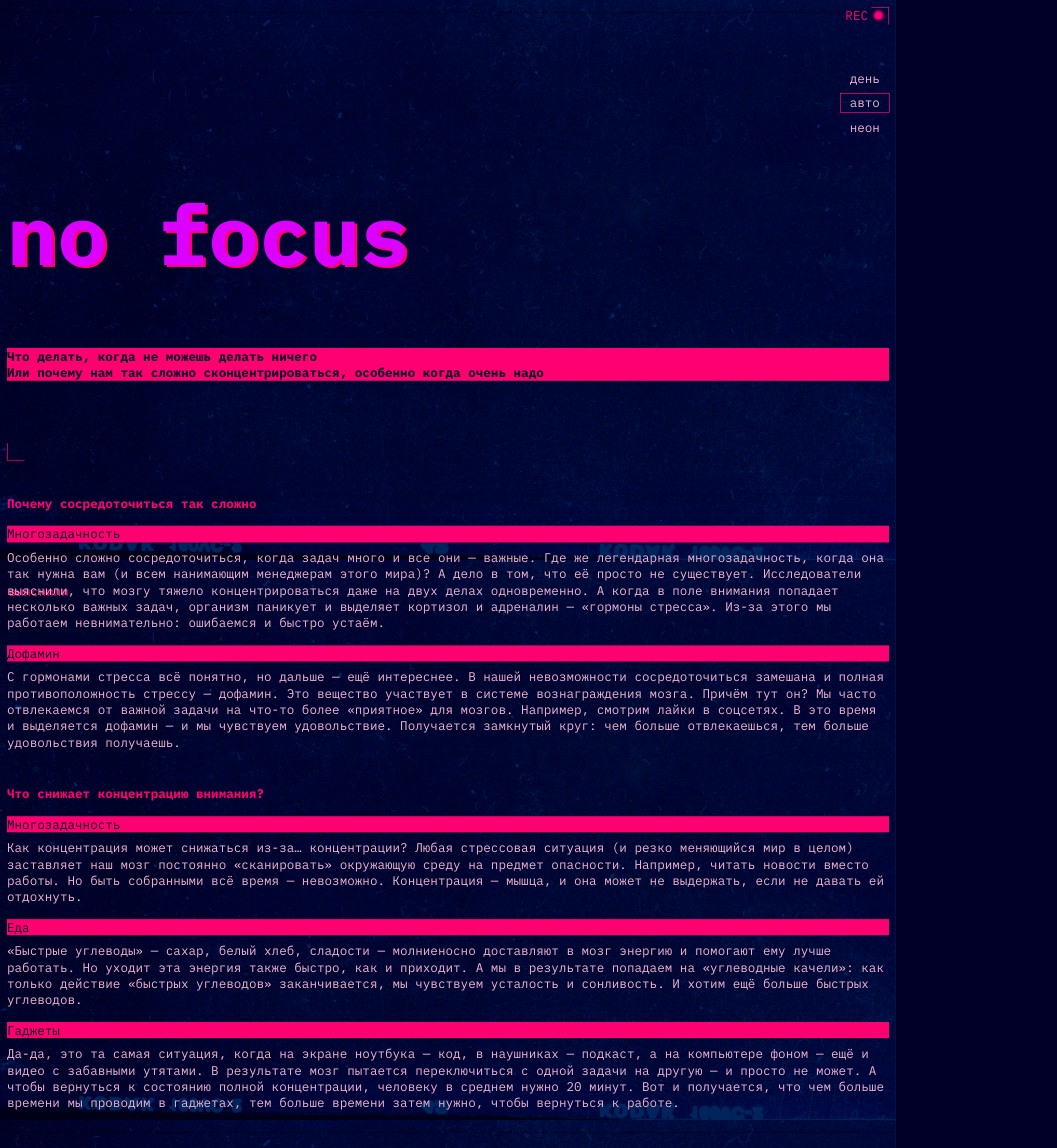
Repository: NikWolf75/slozhno-sosredotochitsya-fd
Page: index.html
The author's editor kept a copy of each file at every save. The page is drawn from the files as they stood at one save, then again after a run of saves.
The browser window is 1280 px wide. The page is 1280 px wide, then 1510 px, then 1280 px, so the pictures cover 1510 px, including what lies to the right of the window. The pictures show the part of the page from y = 0 to 1640 px (the page is 7966 px tall before and 6052 px after), at 70% of full size.
Backgrounds fixed to the window are drawn as part of the page.

Above is the page before, as saved 2025-02-27 11:28:56.

### index.html
<!DOCTYPE html>
<html lang="ru">
  <head>
    <meta charset="UTF-8" />
    <meta http-equiv="X-UA-Compatible" content="IE=edge" />
    <meta name="viewport" content="width=device-width, initial-scale=1.0" />
    <meta name="color-scheme" content="dark light" />
    <link rel="stylesheet" href="/fonts/fonts.css" />
    <link rel="stylesheet" href="/styles/globals.css" />
    <link rel="stylesheet" href="/styles/variables.css" />
    <link rel="stylesheet" href="/styles/style.css" />
    <link rel="stylesheet" href="/styles/dark.css" />
    <link rel="stylesheet" href="/styles/light.css" />
    <link rel="icon" href="image/favicon.ico" />
    <title>Сложно сосредоточиться</title>
    <script src="./scripts/script.js"></script>
  </head>
  <body class="page">
    <div class="rec_element" aria-hidden="true"></div>
    <header class="header decorated-zone">
      <nav class="header__theme-menu">
        <ul class="header__theme-menu-list">
          <li class="header__theme-menu-item">
            <button
              class="header__theme-menu-button header__theme-menu-button_type_light"
            >
              День
            </button>
          </li>
          <li class="header__theme-menu-item">
            <button
              class="header__theme-menu-button header__theme-menu-button_active header__theme-menu-button_type_auto"
              disabled
            >
              Авто
            </button>
          </li>
          <li class="header__theme-menu-item">
            <button
              class="header__theme-menu-button header__theme-menu-button_type_dark"
            >
              Неон
            </button>
          </li>
        </ul>
      </nav>
      <h1 class="header__title">no focus</h1>
      <div class="header__undertitle title-decor">
        <p>Что делать, когда не можешь делать ничего</p>
        <p>
          Или почему нам так сложно сконцентрироваться, особенно когда очень
          надо
        </p>
      </div>
    </header>
    <main class="content">
      <section class="content__section content__why">
        <h2 class="content__section-title"> Почему сосредоточиться так сложно
        </h2>
        <article class="content__section-text_block">
          <h3 class="content__section-text_block-undertitle title-decor">
            Многозадачность
          </h3>
          <p class="content__section-text_block-text">
            Особенно сложно сосредоточиться, когда задач много и все они —
            важные. Где же легендарная многозадачность, когда она так нужна вам
            (и всем нанимающим менеджерам этого мира)? А дело в том, что её
            просто не существует. Исследователи
            <a class="link-text" href="#0">выяснили</a>,
            что мозгу тяжело концентрироваться даже на двух делах одновременно.
            А когда в поле внимания попадает несколько важных задач, организм
            паникует и выделяет кортизол и адреналин — «гормоны стресса».
            Из-за этого мы работаем невнимательно: ошибаемся и быстро устаём.
          </p>
        </article>
        <article class="content__section-text_block">
          <h3 class="content__section-text_block-undertitle title-decor">
            Дофамин
          </h3>
          <p class="content__section-text_block-text">
            С гормонами стресса всё понятно, но дальше — ещё интереснее. В нашей
            невозможности сосредоточиться замешана и полная противоположность
            стрессу — дофамин. Это вещество участвует в системе вознаграждения
            мозга. Причём тут он? Мы часто отвлекаемся от важной задачи на
            что-то более «приятное» для мозгов. Например, смотрим лайки в
            соцсетях. В это время и выделяется дофамин — и мы чувствуем
            удовольствие. Получается замкнутый круг: чем больше отвлекаешься,
            тем больше удовольствия получаешь.
          </p>
        </article>
      </section>
      <section class="content__section content__what">
        <h2 class="content__section-title">
          Что снижает концентрацию внимания?
        </h2>
        <article class="content__section-text_block">
          <h3 class="content__section-text_block-undertitle title-decor">
            Многозадачность
          </h3>
          <p class="content__section-item-text">
            Как концентрация может снижаться из-за… концентрации? Любая
            стрессовая ситуация (и резко меняющийся мир в целом) заставляет наш
            мозг постоянно «сканировать» окружающую среду на предмет опасности.
            Например, читать новости вместо работы. Но быть собранными всё время
            — невозможно. Концентрация — мышца, и она может не выдержать, если
            не давать ей отдохнуть.
          </p>
        </article>
        <article class="content__section-text_block">
          <h3 class="content__section-text_block-undertitle title-decor">
            Еда
          </h3>
          <p class="content__section-text_block-text">
            «Быстрые углеводы» — сахар, белый хлеб, сладости — молниеносно
            доставляют в мозг энергию и помогают ему лучше работать. Но уходит
            эта энергия также быстро, как и приходит. А мы в результате попадаем
            на «углеводные качели»: как только действие «быстрых углеводов»
            заканчивается, мы чувствуем усталость и сонливость. И хотим ещё
            больше быстрых углеводов.
          </p>
        </article>
        <article class="content__section-text_block">
          <h3 class="content__section-text_block-undertitle title-decor">
            Гаджеты
          </h3>
          <p class="content__section-text_block-text">
            Да-да, это та самая ситуация, когда на экране ноутбука — код, в
            наушниках — подкаст, а на компьютере фоном — ещё и видео с забавными
            утятами. В результате мозг пытается переключиться с одной задачи на
            другую — и просто не может. А чтобы вернуться к состоянию полной
            концентрации, человеку в среднем нужно 20 минут. Вот и получается,
            что чем больше времени мы проводим в гаджетах, тем больше времени
            затем нужно, чтобы вернуться к работе.
          </p>
        </article>
      </section>
      <section class="content__section content_how">
        <h2 class="content__section-title">
          Как концентрироваться лучше, чем золотая рыбка (то есть дольше трёх
          секунд)
        </h2>
        <article class="content__section-text_block">
          <h3
            class="content__section-text_block-undertitle tips-undertitle title-decor"
          >
            5 простых (на самом деле не очень) советов
          </h3>
          <h4 class="content__section-text_block-undertitle title-decor">
            Представьте небо и облака
          </h4>
          <p class="content__section-text_block-text">
            Или листья в ручье. Тут дело в лёгкой медитации, которая помогает
            успокоиться. Ведь часто именно тревожные мысли о сложных задачах как
            раз и мешают эти сложные задачи делать. В такие моменты можно
            закрыть глаза и представить, что чистое небо — это вы, а облака —
            тревожные мысли. И сколько бы их ни было — ясное небо всегда будет
            где-то там, за тучами, и никуда не денется. Это упражнение поможет
            вернуться в настоящий момент, а не волноваться о потенциальных
            проблемах из будущего.
          </p>
        </article>
        <article class="content__section-text_block">
          <h4 class="content__section-text_block-undertitle title-decor">
            Включите музыку
          </h4>
          <p class="content__section-text_block-text">
            Но не любую, и не любимую. Любимая может быть связана с сильными
            положительными эмоциями, которые тоже очень сильно отвлекают.
            Подойдёт тихая, спокойная, умеренно-ритмичная. Можно вообще
            попробовать включить плейлист с «белым шумом» или нейромузыкой.
          </p>
        </article>
        <article class="content__section-text_block">
          <h4 class="content__section-text_block-undertitle title-decor">
            Прогуляйтесь
          </h4>
          <p class="content__section-text_block-text">
            Или даже пробегитесь. Лучше найти парк или лес: один эксперимент
            <a class="link-text" href="#0">показал</a>, что созерцание природы повышает концентрацию, в то время
            как после просмотра городских пейзажей она наоборот понижается.
            Можно совместить прогулку с физическими упражнениями или бегом — так
            в мозг поступит ещё больше кислорода и он будет лучше работать. Но и
            простая двадцатиминутная прогулка — тоже отличный вариант.
          </p>
        </article>
        <article class="content__section-text_block">
          <h4 class="content__section-text_block-undertitle title-decor">
            Хорошо ешьте
          </h4>
          <p class="content__section-text_block-text">
            Мы — не ваша бабушка, но это правда важно. Выбирайте продукты,
            которые препятствуют резким скачкам сахара в крови. Например, с
            высоким содержанием клетчатки: овощи, ягоды, бобовые (нут, чечевица,
            фасоль), коричневый рис, хлеб из цельнозерновой пшеницы.
          </p>
        </article>
        <article class="content__section-text_block">
          <h4 class="content__section-text_block-undertitle title-decor">
            Читайте
          </h4>
          <p class="content__section-text_block-text">
            Настоящие бумажные книги. Это правда помогает с концентрацией: чтобы
            прочитать пост в соцсети, достаточно нескольких минут или даже
            секунд. А вот интересная книга способна затянуть и на несколько
            часов и круто тренирует направленное внимание.
          </p>
        </article>
      </section>
      <section class="content__section content__gallery">
        <h2 class="content__section-text_block-undertitle title-decor">
          А можно в картинках?
        </h2>
        <div class="content_section-images_gallery">
          <img
            class="content__section-image"
            src="./images/sunset.png"
            alt="Вид острова на закате"
            loading="lazy"
          />
          <img
            class="content__section-image"
            src="./images/ice-cream.png"
            alt="Чаша с мороженным"
            loading="lazy"
          />
          <img
            class="content__section-image"
            src="./images/tape.png"
            alt="Кассета"
            loading="lazy"
          />
          <img
            class="content__section-image"
            src="./images/books.png"
            alt="Стопка книг"
            loading="lazy"
          />
          <img
            class="content__section-image"
            src="./images/street.png"
            alt="Улица"
            loading="lazy"
          />
        </div>
      </section>
    </main>
    <footer class="footer decorated-zone">
      <h2 class="footer__title">focus</h2>
    </footer>
  </body>
</html>

### styles/variables.css
:root {
  --title-color: #ff0070;
  --main-font: 'IBM Plex mono';
  --main-font-size: 18px;
  --title-font-weight: 700;
  --text-font-weight: 400;
  --main-padding-small: 10px;
}

### styles/style.css
.page {
  font-family: var(--main-font, 'IBM Plex mono');
  font-size: var(--main-font-size, 18px);
  block-size: min-content;
  position: relative;
  font-weight: 400;
  background-color: var(--main-background-color, #000028 );
  background-image: var(--main-background-image, url("../images/cover-image-dark.png"));
  background-repeat: no-repeat;
  background-attachment: fixed;
  background-position: center;
  background-size: cover;
  line-height: 1.3em;
  color: var(--main-font-color, #F1B2CE);
 }

.decorated-zone {
  position: relative;
}

.decorated-zone::after,
.decorated-zone::before {
  position: absolute;
  inline-size: 25px;
  block-size: 25px;
  content: "";
  border: 1px solid var(--corner-color);
}

.decorated-zone::after {
  bottom: 10px;
  left: 10px;
  border-bottom: 1px solid var(--rectangle-color, #ff0070);
  border-left: 1px solid var(--rectangle-color, #ff0070);
}

.decorated-zone::before {
  top: 10px;
  right: 10px;
  border-top: 1px solid var(--rectangle-color, #ff0070);
  border-right: 1px solid var(--rectangle-color, #ff0070);
}

.rec_element {
  position: absolute;
  display: flex;
  align-items: center;
  justify-content: center;
  top: 10px;
  right: 20px;
  color: var(--rec-theme-color, #ff0070);
  gap: 10px;
}

.rec_element:before {
  content: "REC";
}

.rec_element:after {
  display: block;
  content: "";
  border-radius: 50%;
  background: var(--accent-color, #ff0070);
  width: 10px;
  height: 10px;
  box-shadow: 0 0 4px 2px var(--accent-color, #ff0070)
}

.header {
  display: grid;
  grid-template-columns: 1fr;
  grid-template-rows: 1fr min-content 1fr;
  align-items: center;
  position: relative;
  block-size: min(668px, 100vh);
  padding: var(--main-padding-small, 10px);
  margin-block-end: 40px;
 }

.header__theme-menu-list {
  display: flex;
  flex-direction: column;
  align-items: end;
  block-size: 100%;
  row-gap: 10px;
}

.header__theme-menu-button {
  text-align: center;
  background: transparent;
  color: var(--button-text-color);
  border: none;
  text-transform: lowercase;
  padding-right: 13px;
  padding-left: 13px;
}

.header__theme-menu-bitton:hover {
  outline: 1px solid var(--button-outline-color)
}

.header__theme-menu-button_active {
  outline: 1px solid var(--button-theme-color, #ff0070);
}

.header__theme-menu-button:focus {
  outline: none;
  text-decoration: underline;
}

.header__title {
  font-size: clamp(7.25rem, 7.0115rem + 1.0178vw, 7.5rem);
  line-height: 83%;
  color: var(--accent-color-title, #db00ff);
  text-shadow: 4px 4px 0 var(--accent-color, #ff0070);
  cursor: default;
}

.header__undertitle {
  font-size: var(--main-font), monospace;
  font-weight: var(--title-font-weight, 700);
  border-bottom: none;
  border-left: none;
}

.title-decor {
  color: var(--undertitle-color, #000028);
  background-color: var(--title-color, #ff0070);
}

.content {
  display: grid;
  padding: 0 var(--main-padding-small, 10px);
  grid-template-columns: 1fr;
  gap: 50px;
}

.content__section {
  display: grid;
  grid-template-columns: 1fr;
  row-gap: 20px;
}

.content__section-title {
  justify-self: start;
  color: var(--title-color, #ff0070);
}

.content__section-text_block-undertitle,
.content__section-title {
  font-size: var(--main-font-size, 18px);
  font-weight: var(--title-font-weight, 700);
}

.content__section-text_block-undertitle {
  margin-block-end: 10px;
  height: min-content;
}

.content__section-text_block-text {
  font-weight: var(--text-font-weight, 400);
}

.link-text {
  text-decoration: none;
  text-shadow: 2px 1px var(--accent-color, #ff0070);
}

.link-text:hover {
  cursor: pointer;
  border-block-end: 1px solid currentColor;
}

.link-text:focus-visible {
  border: 1px solid currentColor;
}

.content_how,
.tips-undertitle {
  font-weight: var(--title-font-weight, 400);
  margin-block-end: 20px;
}

.content__how,
.content__section-text_block-undertitle {
  font-weight: 400;
}

.content__section-images_gallery {
  display: grid;
  grid-template-columns: repeat(auto-fill, minmax(355px, 1fr));
  gap: 20px;
  inline-size: 100%;
}

.content__section

.content__section-image {
  object-fit: cover;
  inline-size: 100%;
}

.footer {
  position: relative;
  display: grid;
  block-size: 100vh;
  min-block-size: 668px;
  grid-template-columns: 1fr;


}

.footer__title {
  font-size: var(--title-font-size-small, clamp(7.25rem, 7.0115rem + 1.0178vw, 7.5rem));
  font-weight: var(--title-font-weight, 700);
  line-height: 95.7%;
  align-self: center;
  cursor: default;
  color: var(--accent-color-title, #db00ff);
  text-shadow: 2px 2px 0 var(--accent-color, #ff0070);
  justify-self: center;

}

### scripts/script.js
(function initTheme() {
  const theme = localStorage.getItem('theme');
  if (theme) {
    setTheme(theme);
  }
})();

document.addEventListener('DOMContentLoaded', () => {
  const currentTheme = [...document.documentElement.classList]
    .find((cn) => cn.startsWith('theme-'))
    ?.replace('theme-', '');
  const themeButtons = [
    ...document.querySelectorAll('.header__theme-menu-button'),
  ];
  setActiveButton(themeButtons, currentTheme);

  themeButtons.forEach((button) => {
    button.addEventListener('click', () => {
      const chosenTheme = [...button.classList]
        .find((cn) => cn.includes('_type_'))
        .split('_type_')[1];
      setTheme(chosenTheme);
      setActiveButton(themeButtons, chosenTheme);
    });
  });
});

function setTheme(theme) {
  document.documentElement.className = '';
  document.documentElement.classList.add(`theme-${theme}`);
  localStorage.setItem('theme', theme);
}

function setActiveButton(buttonsArray, theme) {
  buttonsArray.forEach((button) => {
    button.classList.remove('header__theme-menu-button_active');
    button.removeAttribute('disabled');
  });
  const target = buttonsArray.find((button) =>
    button.classList.contains(`header__theme-menu-button_type_${theme}`)
  );
  if (target) {
    target.classList.add('header__theme-menu-button_active');
    target.setAttribute('disabled', true);
  } else {
    const autoButton = document.querySelector(
      '.header__theme-menu-button_type_auto'
    );
    autoButton.classList.add('header__theme-menu-button_active');
    autoButton.setAttribute('disabled', true);
  }
}

Loaded but not shown: fonts/fonts.css (common file); styles/globals.css (common file); styles/dark.css (common file); styles/light.css (common file)

After the next 2 saves:
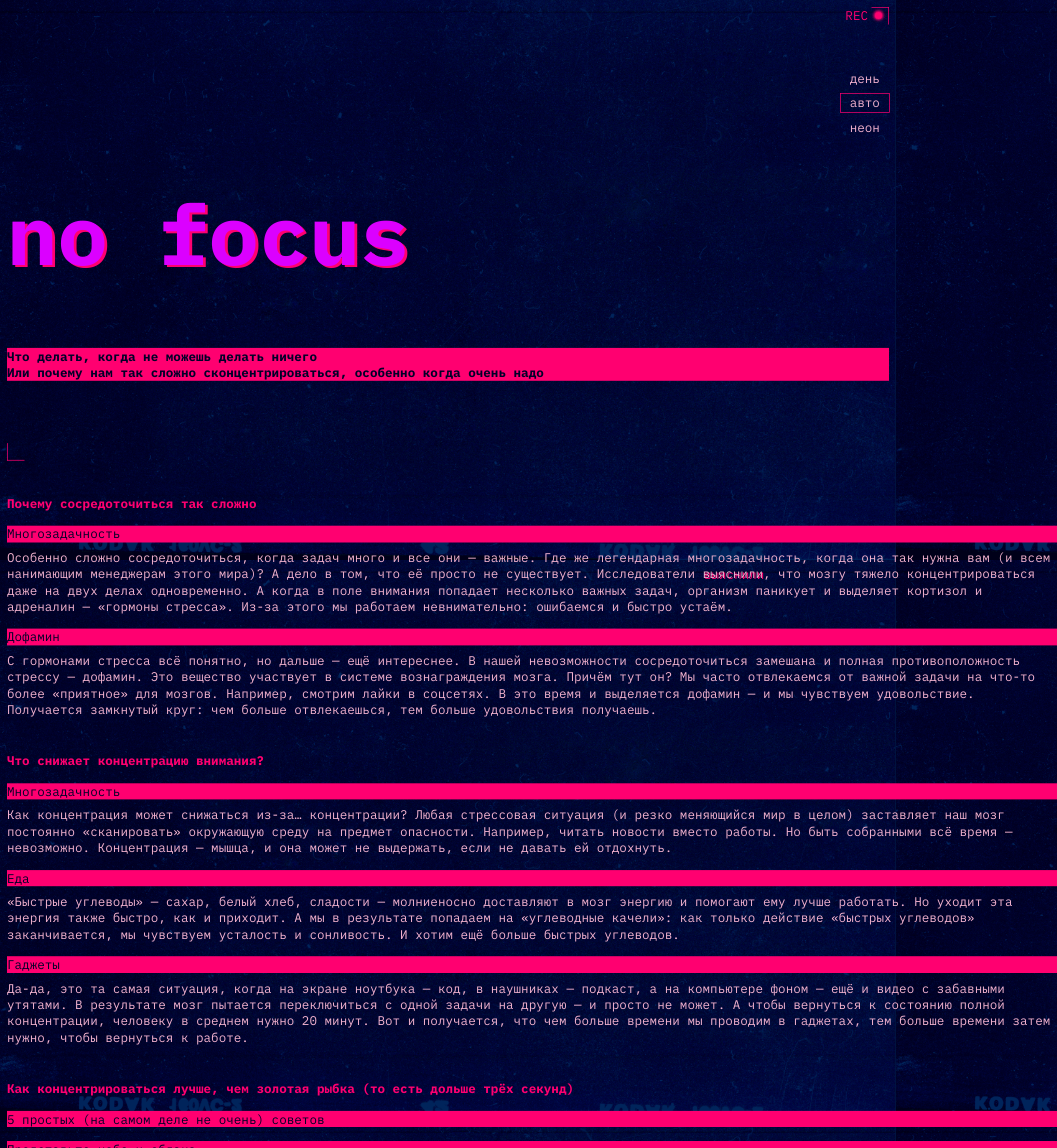
The 2 saves are shown as one change because they came seconds apart.
The last was saved 2 min 25 s later.
--- a/styles/style.css
+++ b/styles/style.css
@@ -193,7 +193,7 @@
   inline-size: 100%;
 }
 
-.content__section
+.content__section-text_block-
 
 .content__section-image {
   object-fit: cover;

After the 3 saves that followed:
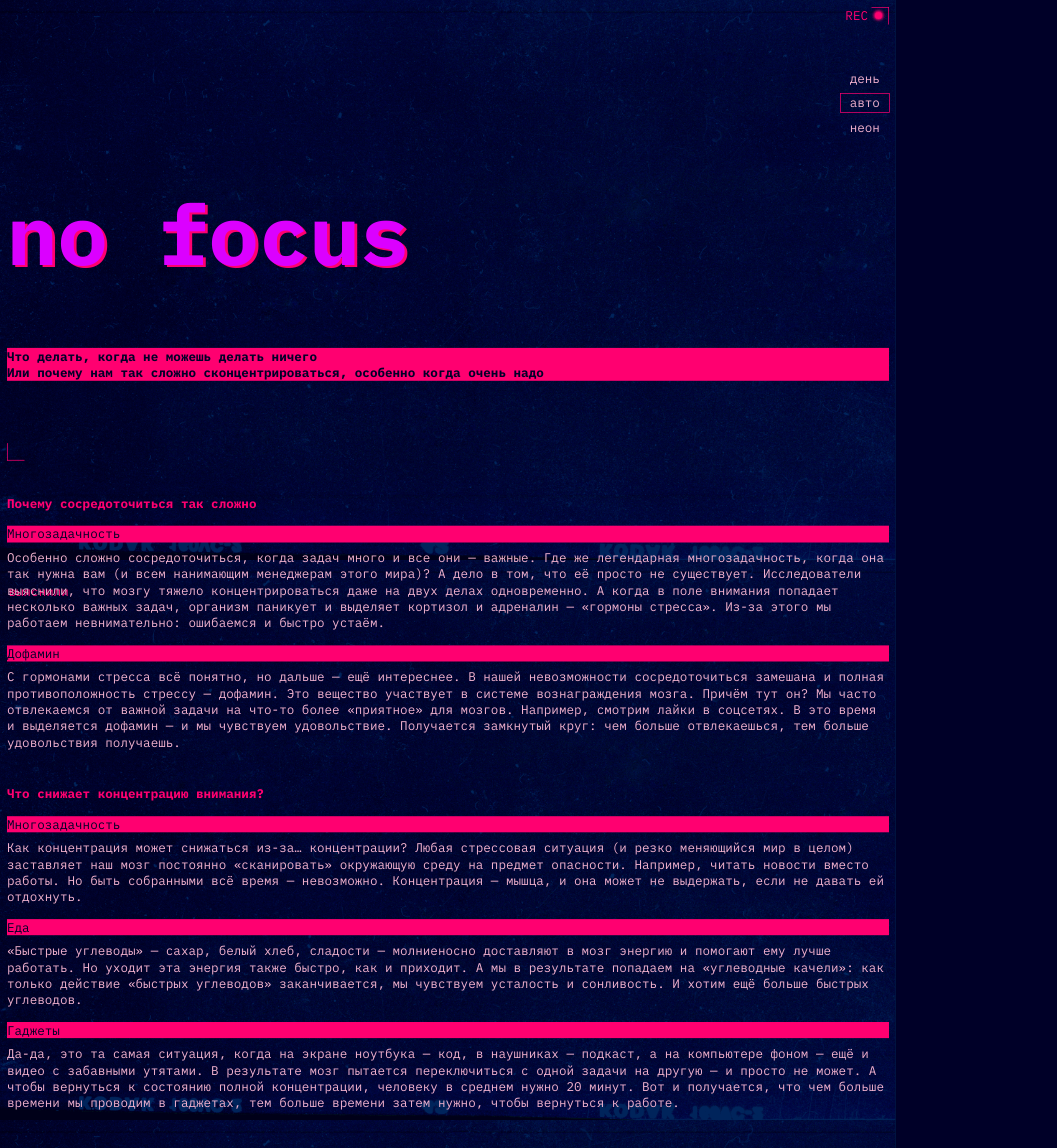
The 3 saves are shown as one change because 1 left the picture as it was and some came seconds apart.
The last was saved 18 s later.
--- a/styles/style.css
+++ b/styles/style.css
@@ -193,7 +193,9 @@
   inline-size: 100%;
 }
 
-.content__section-text_block-
+.content__section-text_block-gallery {
+
+}
 
 .content__section-image {
   object-fit: cover;
